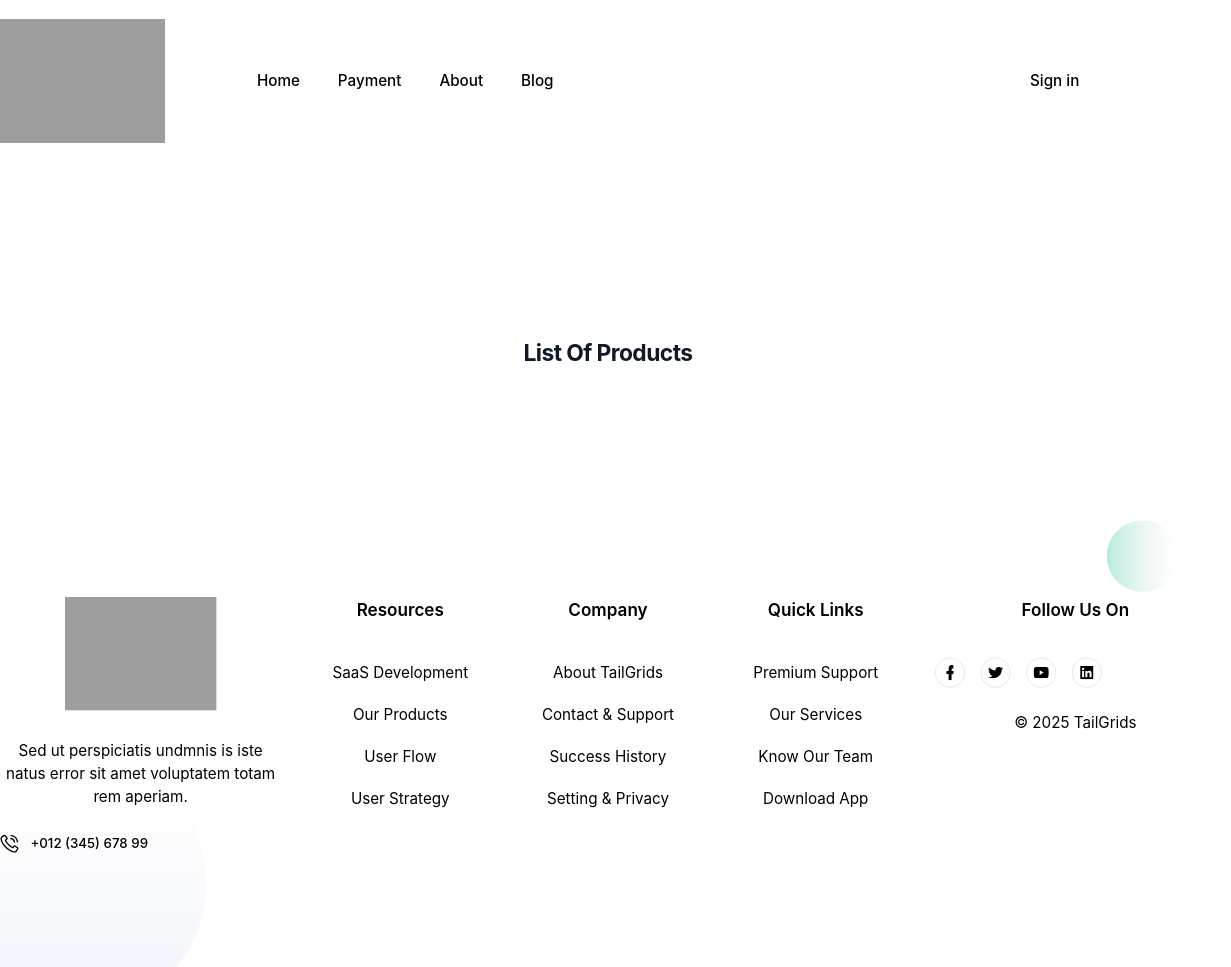
Repository: sayanroychaudhuri/React-One-Page-Ecommerce-Product-List
Page: /
The author's editor kept a copy of each file at every save. The page is drawn from the files as they stood at one save, then again after the next save.
The browser window is 1280 px wide. The page is 1296 px wide, so the pictures cover 1296 px, including what lies to the right of the window. The pictures show the whole page, at 95% of full size.
Pictures or frames that could not be fetched are drawn as grey boxes. The page's requests for data from a server got no answer. The project was rebuilt for these pictures with package versions that can differ from the ones it lists, and the page was loaded fresh each time. No one was signed in, and anything a server would have sent is missing.

Above is the page before, as saved 2024-01-31 19:00:36.

### src/App.js
import './App.css';
import ProductList from './components/products/ProductList';

function App() {
  return (
    <div className="App">
      <ProductList />
    </div>
  );
}

export default App;

### src/components/products/Header.js
import React, { useState } from "react";

const Header = () => {
  return (
    <>
      <Navbar />
      <div className="relative bg-white pb-[110px] pt-[120px] dark:bg-dark lg:pt-[150px]">
      </div>
    </>
  );
};

export default Header;

const SingleImage = ({ href, imgSrc }) => {
  return (
    <>
      <a href={href} className="flex w-full items-center justify-center">
        <img src={imgSrc} alt="brand image" className="h-10 w-full" />
      </a>
    </>
  );
};

const Navbar = () => {
  const [open, setOpen] = useState(false);

  return (
    <header className={`absolute left-0 top-0 z-20 flex w-full items-center`}>
      <div className="container">
        <div className="relative -mx-4 flex items-center justify-between">
          <div className="w-60 max-w-full px-4">
            <a href="/#" className="block w-full py-5">
              <img
                src="https://cdn.tailgrids.com/2.0/image/assets/images/logo/logo.svg"
                alt="logo"
                className="w-full dark:hidden"
              />
              <img
                src="https://cdn.tailgrids.com/2.0/image/assets/images/logo/logo-white.svg"
                alt="logo"
                className="w-full hidden dark:block"
              />
            </a>
          </div>
          <div className="flex w-full items-center justify-between px-4">
            <div>
              <button
                onClick={() => setOpen(!open)}
                id="navbarToggler"
                className={` ${
                  open && "navbarTogglerActive"
                } absolute right-4 top-1/2 block -translate-y-1/2 rounded-lg px-3 py-[6px] ring-primary focus:ring-2 lg:hidden`}
              >
                <span className="relative my-[6px] block h-[2px] w-[30px] bg-body-color dark:bg-white"></span>
                <span className="relative my-[6px] block h-[2px] w-[30px] bg-body-color dark:bg-white"></span>
                <span className="relative my-[6px] block h-[2px] w-[30px] bg-body-color dark:bg-white"></span>
              </button>
              <nav
                id="navbarCollapse"
                className={`absolute right-4 top-full w-full max-w-[250px] rounded-lg bg-white px-6 py-5 shadow dark:bg-dark-2 lg:static lg:block lg:w-full lg:max-w-full lg:bg-transparent lg:shadow-none lg:dark:bg-transparent ${
                  !open && "hidden"
                } `}
              >
                <ul className="block lg:flex">
                  <ListItem NavLink="/#">Home</ListItem>
                  <ListItem NavLink="/#">Payment</ListItem>
                  <ListItem NavLink="/#">About</ListItem>
                  <ListItem NavLink="/#">Blog</ListItem>
                </ul>
              </nav>
            </div>
            <div className="hidden justify-end pr-16 sm:flex lg:pr-0">
              <a
                href="/#"
                className="px-7 py-3 text-base font-medium text-dark hover:text-primary dark:text-white"
              >
                Sign in
              </a>

              <a
                href="/#"
                className="rounded-lg bg-primary px-7 py-3 text-base font-medium text-white hover:bg-opacity-90"
              >
                Sign Up
              </a>
            </div>
          </div>
        </div>
      </div>
    </header>
  );
};

const ListItem = ({ children, NavLink }) => {
  return (
    <>
      <li>
        <a
          href={NavLink}
          className="flex py-2 text-base font-medium text-dark hover:text-primary dark:text-white lg:ml-10 lg:inline-flex"
        >
          {children}
        </a>
      </li>
    </>
  );
};

Loaded but not shown: public/index.html (common file); src/index.js (common file); src/index.css (common file); src/reportWebVitals.js (common file); src/App.css (common file); tailwind.config.js (common file); src/components/products/ProductList.js (441 lines, source omitted)

After the next save:
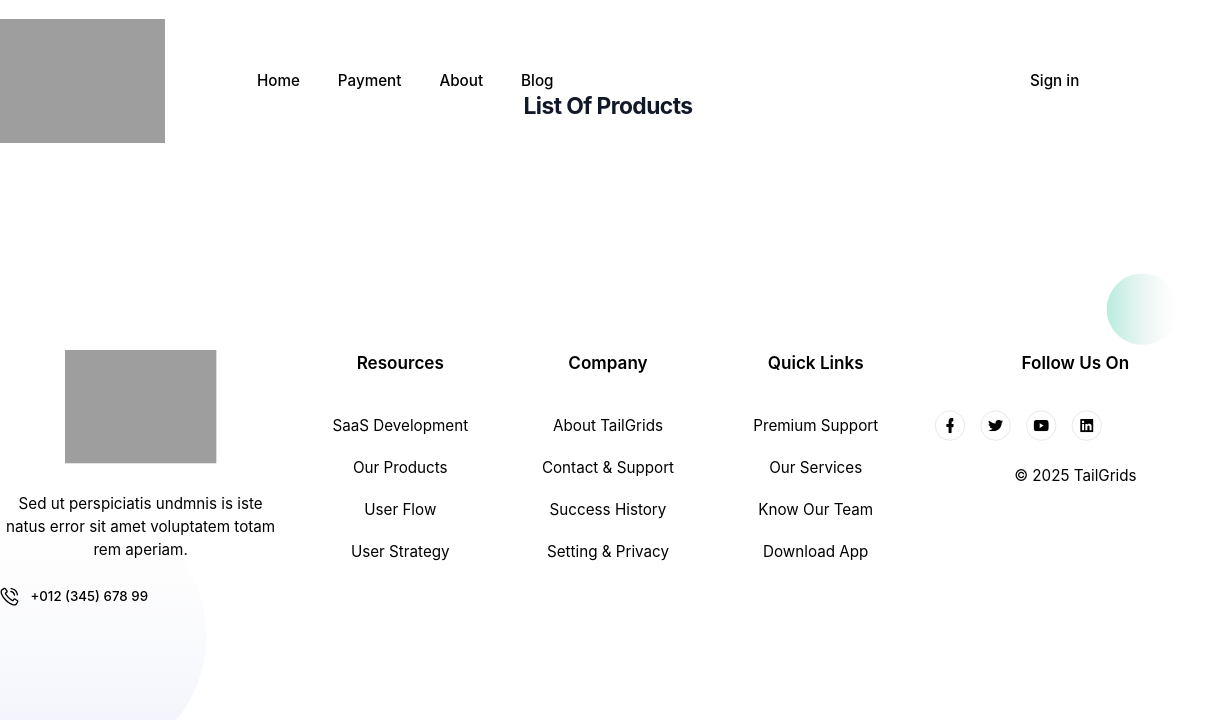
Saved 12 s later.
--- a/src/components/products/Header.js
+++ b/src/components/products/Header.js
@@ -4,8 +4,6 @@ const Header = () => {
   return (
     <>
       <Navbar />
-      <div className="relative bg-white pb-[110px] pt-[120px] dark:bg-dark lg:pt-[150px]">
-      </div>
     </>
   );
 };
